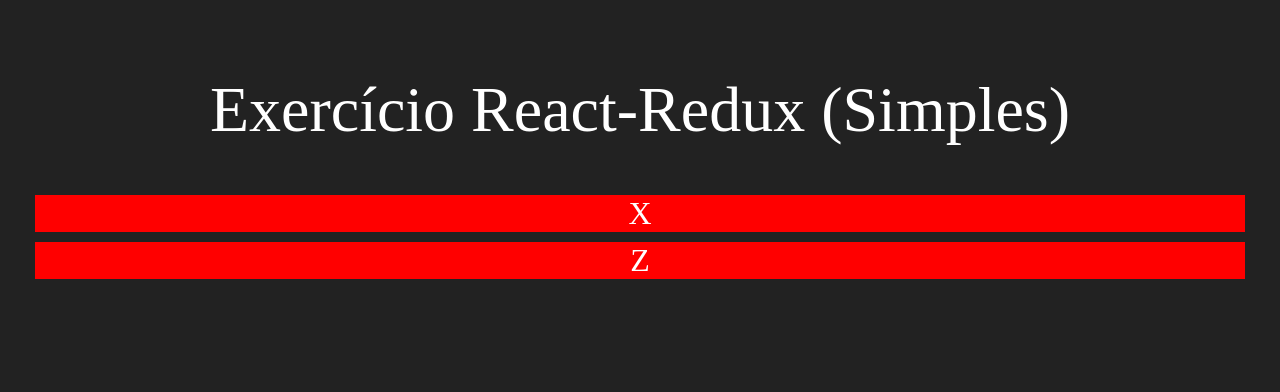
Repository: eversonps/redux-simples
Page: /
The author's editor kept a copy of each file at every save. The page is drawn from the files as they stood at one save, then again after the next save.
The browser window is 1280 px wide. The pictures show the whole page.
The project was rebuilt for these pictures with package versions that can differ from the ones it lists, and the page was loaded fresh each time.

Above is the page before, as saved 2022-03-10 17:42:45.

### src/index.css
body{
  background-color: #222;
  font-size: 2rem;
  color: #fff;
  margin: 30px;
}

### src/App.js
import logo from './logo.svg';
import './App.css';
import Card from './components/Card';
function App() {
  return (
    <div className="App">
      <h1>Exercício React-Redux (Simples)</h1>
      <div className='linha'>
        <Card>X</Card>
      </div>
      <div className='linha'>
        <Card>Z</Card>
      </div>
    </div>
  );
}

export default App;

### src/App.css
.App{
  display: flex;
  flex-direction: column;
  text-align: center;
}

h1{
  font-weight: 200;
}

.linha{
  display: flex;
}

### src/components/Card.jsx
import "./Card.css"
import React from "react"

export default props => (
    <div className="Card">
        <div className="Header">
            <span className="Title">{props.title}</span>
        </div>
        <div className="Content">
            {props.children}
        </div>
    </div>
)

### src/components/Card.css
.Card{
    flex: 1;
    display: flex;
    flex-direction: column;
    margin: 5px;
    background-color: red;
}

.Card .Header{
    display: flex;
    justify-content: center;
}

Loaded but not shown: public/index.html (common file); src/index.js (common file); src/reportWebVitals.js (common file)

After the next save:
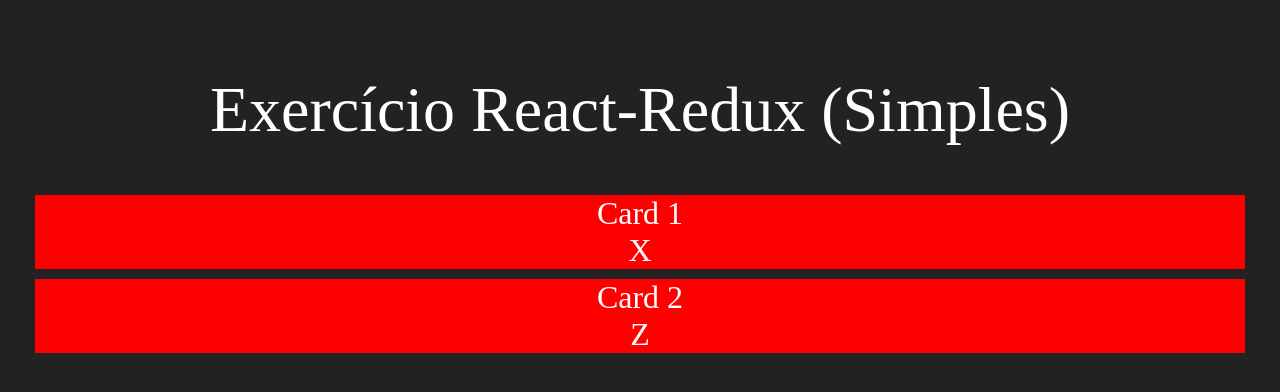
Saved 43 s later.
--- a/src/App.js
+++ b/src/App.js
@@ -6,10 +6,10 @@ function App() {
     <div className="App">
       <h1>Exercício React-Redux (Simples)</h1>
       <div className='linha'>
-        <Card>X</Card>
+        <Card title="Card 1">X</Card>
       </div>
       <div className='linha'>
-        <Card>Z</Card>
+        <Card title="Card 2">Z</Card>
       </div>
     </div>
   );
